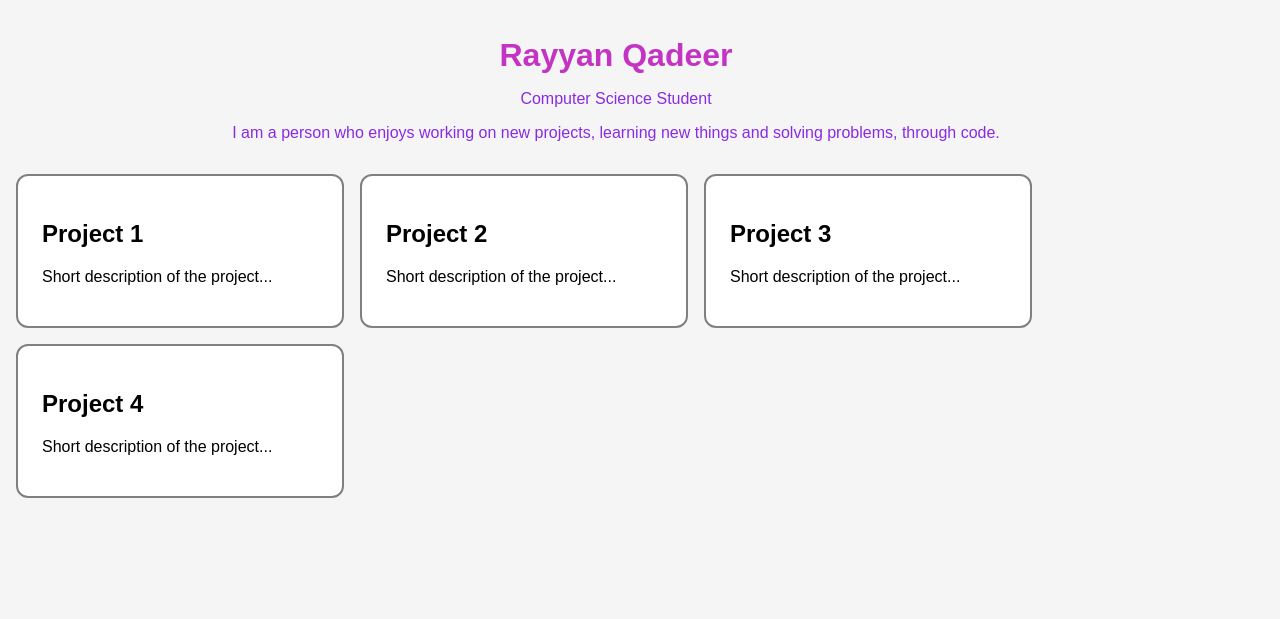
Repository: rayyan-qadeer/rayyan-qadeer
Page: index.html
An editor plug-in stored every save of this project. The page is shown before and after the next save, followed by the edit.
The browser window is 1280 px wide. The pictures show the whole page.

Above is the page before, as saved 2026-04-22 14:04:11.

After the next save:
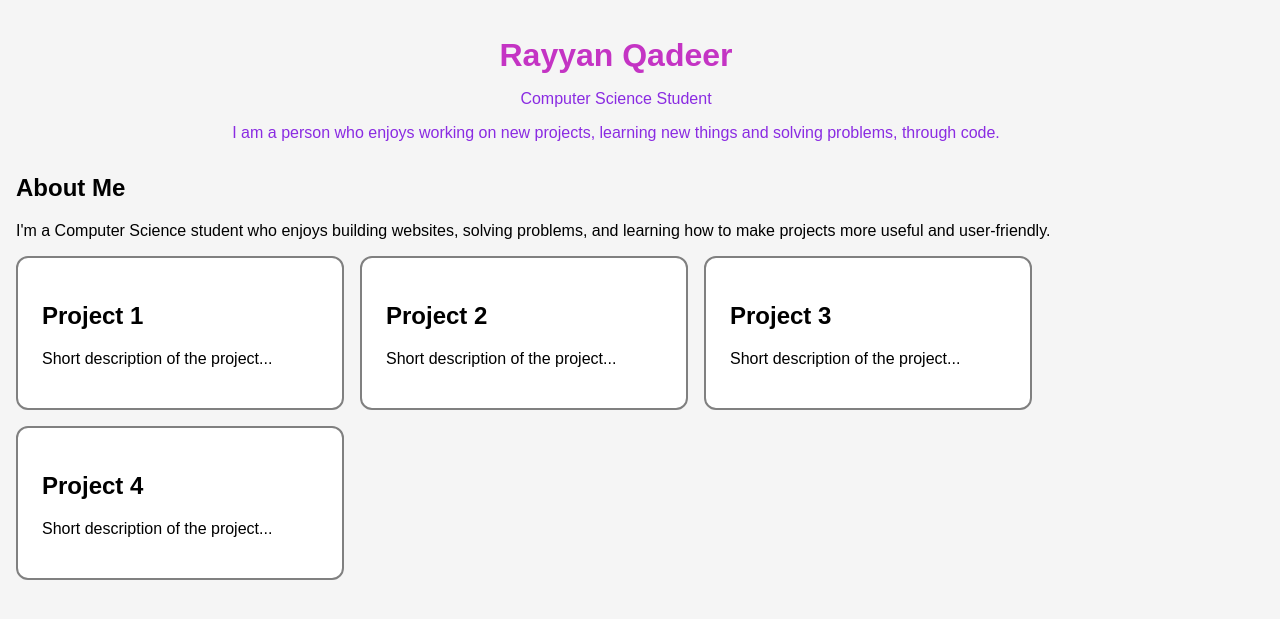
Saved 13 days later.
--- a/index.html
+++ b/index.html
@@ -16,6 +16,11 @@
           I am a person who enjoys working on new projects, learning new things and solving problems, through code.
         </p>
       </header>
+
+      <section class ="about">
+        <h2>About Me</h2>
+        <p>I'm a Computer Science student who enjoys building websites, solving problems, and learning how to make projects more useful and user-friendly.</p>
+      </section>
 
       <section class="projects">
         <article class="card">
